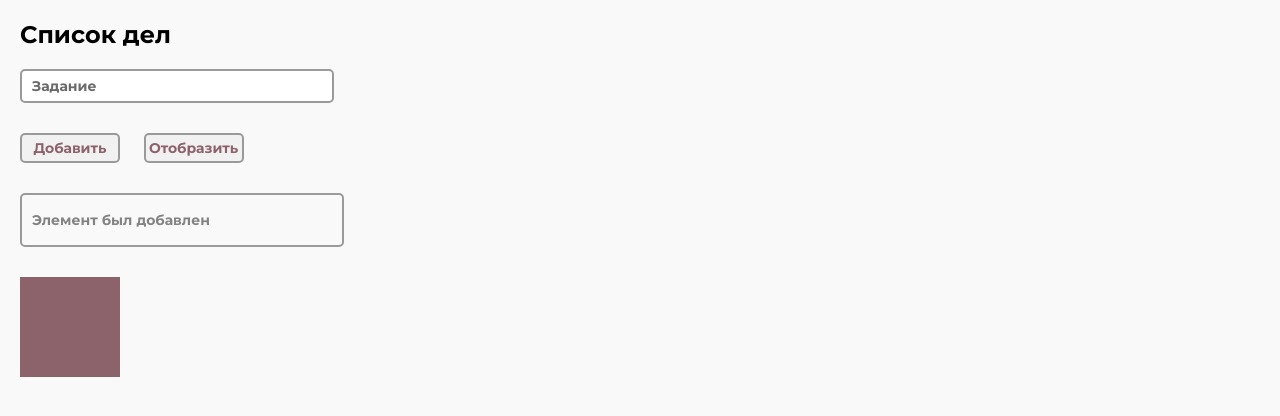
Repository: andbaik/it_unit9
Page: index.html
An editor plug-in stored every save of this project. The page is shown before and after the next save, followed by the edit.
The browser window is 1280 px wide. The pictures show the whole page.
After loading, the first visible `#add_btn` was clicked once.

Above is the page before, as saved 2021-04-10 22:47:42.

After the next save:
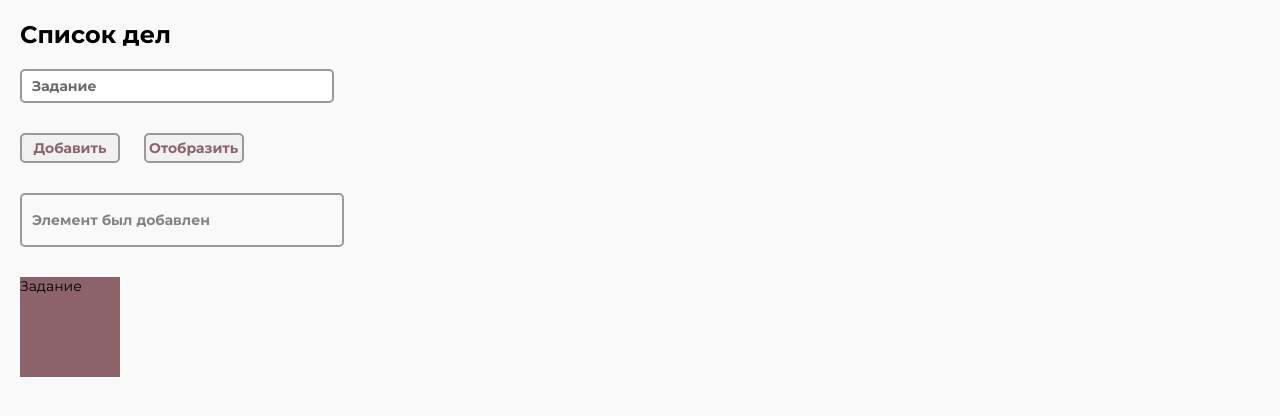
Saved 40 s later.
--- a/index.html
+++ b/index.html
@@ -29,7 +29,7 @@
             $("#result").css("display", "block");
             setTimeout( function(){$("#result").hide()}, 2000);
             $('<div>').attr({'class':'add_item'}).insertAfter ("#result");
-                $(".add_items").text(task);
+                $(".add_item").text(task);
 
         });
     </script>
